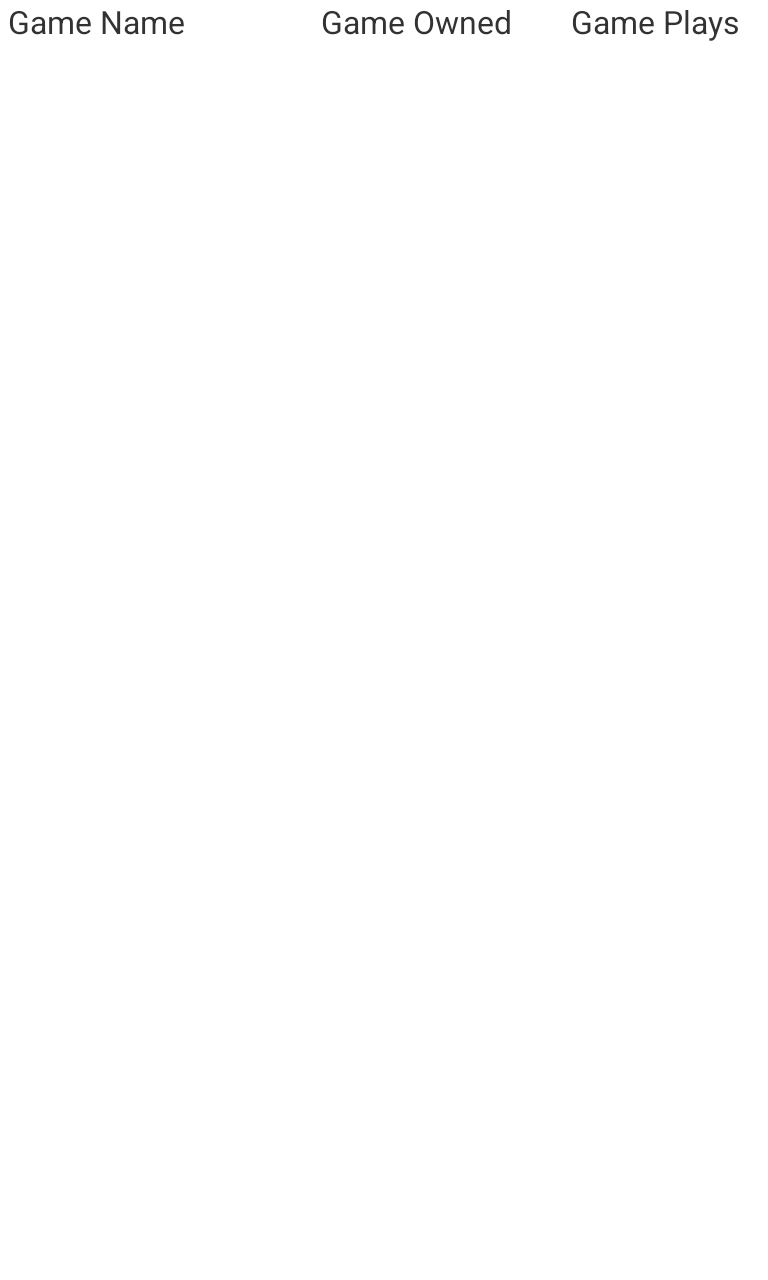
Repository: stewartwinter/bggpersonal
Layout: BGGPersonal/res/layout/collection_item_game.xml
The author's editor kept a copy of each file at every save. The layout is drawn from the files as they stood at one save, then again after the next save.
It is drawn on a 768 x 1280 px phone screen (xhdpi) without system bars, with theme AppTheme; the app's code is not run.

Above is the layout before, as saved 2014-03-15 17:18:49.

After the next save:
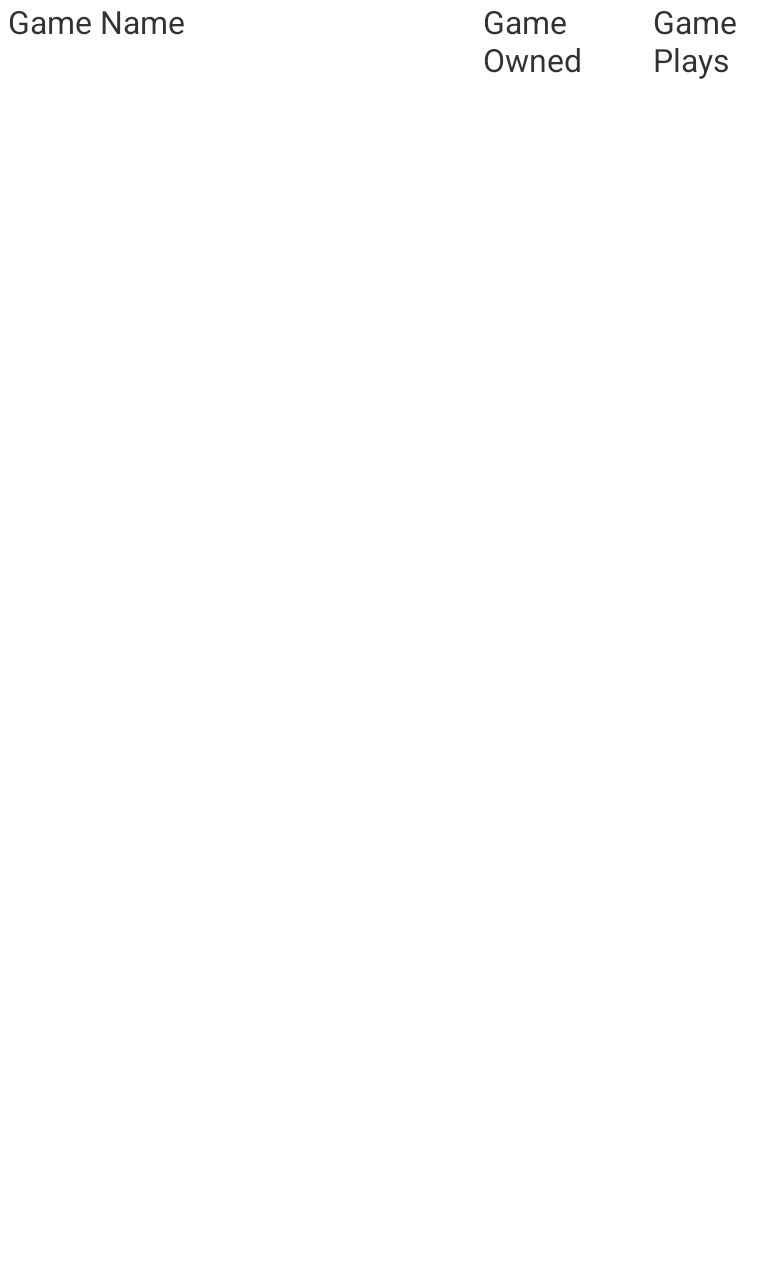
Saved 72 s later.
--- a/BGGPersonal/res/layout/collection_item_game.xml
+++ b/BGGPersonal/res/layout/collection_item_game.xml
@@ -16,6 +16,7 @@
 			    	android:paddingRight="10dp"
 			    	android:text="Game Name"
 			    	android:textSize="16sp"
+			    	android:width="400dp"
 			    />
 		</RelativeLayout>
 
